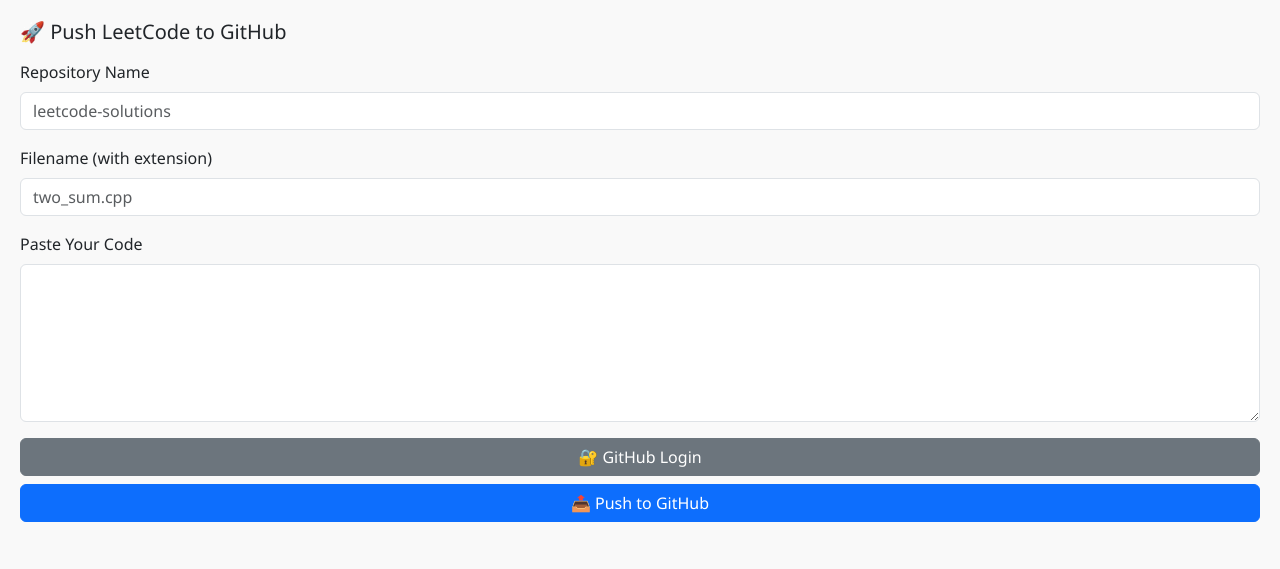
Repository: Mohitkumar1322/LeetcodeCodeToGithubExtension
Page: popup.html
The author's editor kept a copy of each file at every save. The page is drawn from the files as they stood at one save, then again after the next save.
The browser window is 1280 px wide. The pictures show the whole page.

Above is the page before, as saved 2025-07-23 11:31:59.

After the next save:
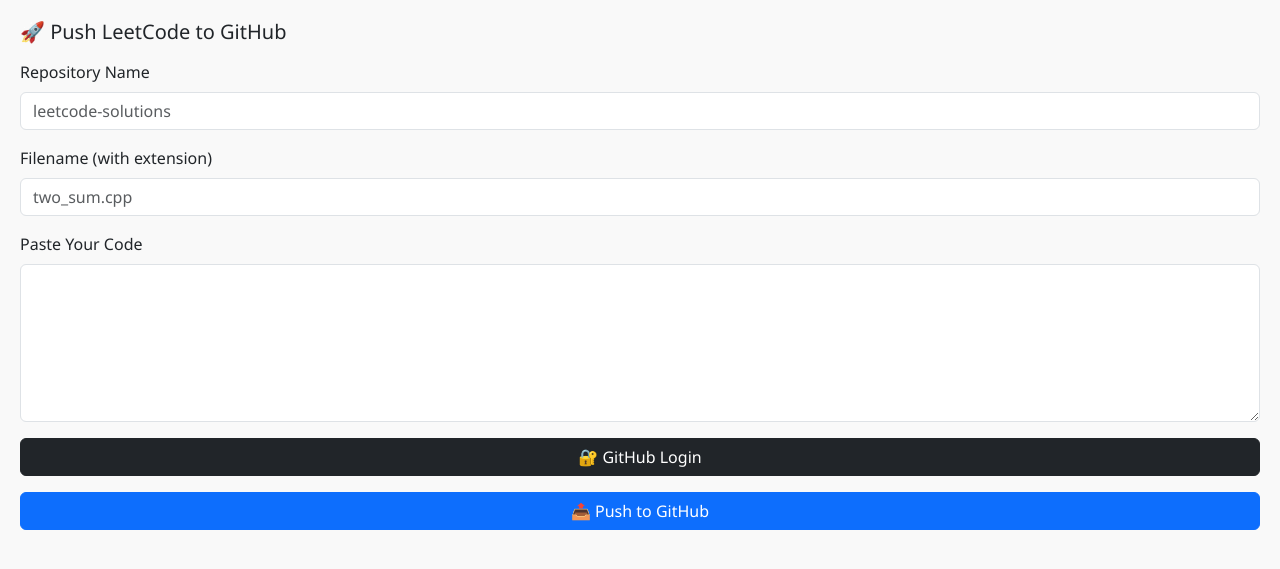
Console error: TypeError: Cannot set properties of null (setting 'onclick')
Saved 3 min 10 s later.
--- a/popup.html
+++ b/popup.html
@@ -103,7 +103,8 @@
     <textarea class="form-control" id="code" rows="6"></textarea>
   </div>
 
-  <button id="authBtn" class="btn btn-secondary w-100 mb-2">🔐 GitHub Login</button>
+ <button id="loginBtn" class="btn btn-dark w-100 mb-3">🔐 GitHub Login</button>
+
   <button id="pushBtn" class="btn btn-primary w-100">📤 Push to GitHub</button>
   <div id="status" class="status mt-2 text-center"></div>
 
